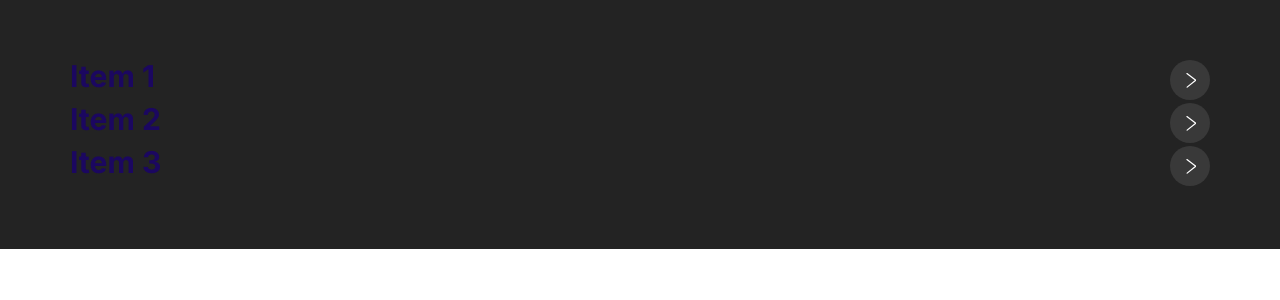
Repository: LeonUIO/first_website
Page: index.html
These files come from the project's save history. The page is drawn as it stood at one moment and after a run of saves; the edit follows.
The browser window is 1280 px wide. The pictures show the whole page.

Above is the page before, as saved 2021-04-13 11:37:08.

After the next 2 saves:
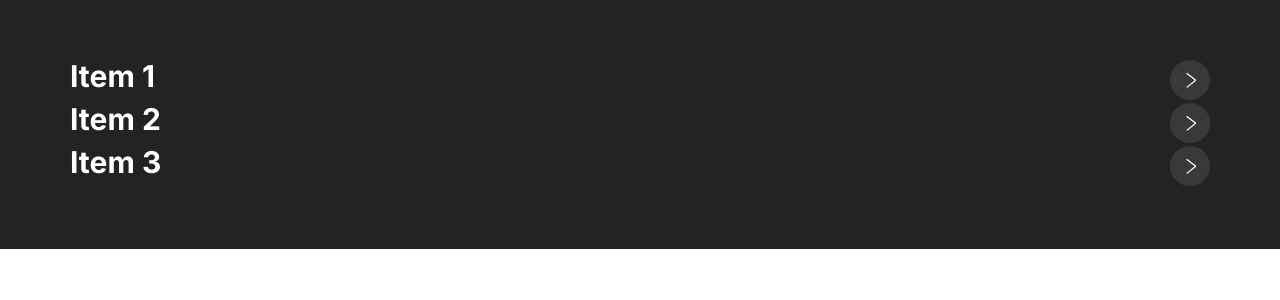
The 2 saves are shown as one change because they came seconds apart.
The last was saved 4 min 14 s later.
--- a/css/styles.css
+++ b/css/styles.css
@@ -582,6 +582,7 @@ a {
 .collapsible__heading {
   margin-top: 0;
   font-size: 3rem;
+  color: #fff;
 }
 
 .collapsible--chevron {
